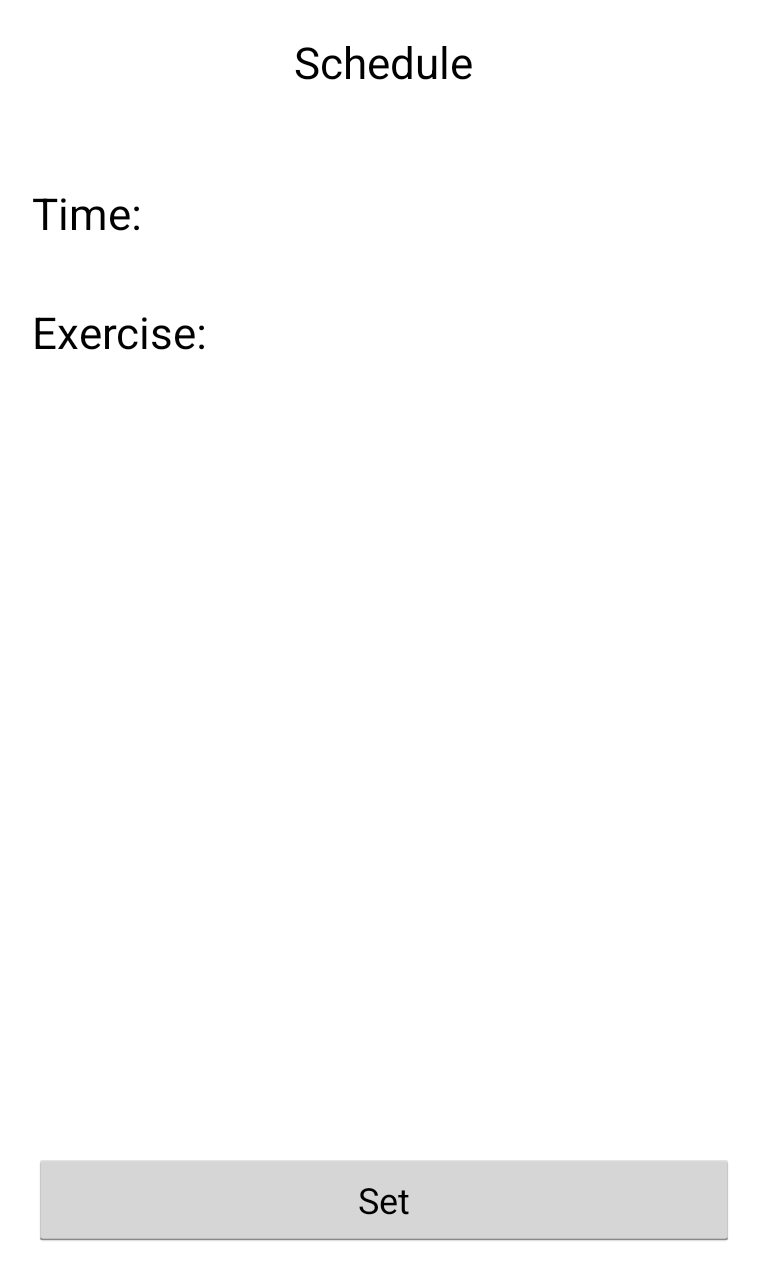
Repository: zi-yang-zhang/ECSE424-Group8
Layout: Hi Fi Prototype/ReHand/ReHand/res/layout/activity_schedule_page.xml
These files come from the project's save history. The layout is drawn as it stood at one moment and after the next save; the edit follows.
It is drawn on a 768 x 1280 px phone screen (xhdpi) without system bars, with theme AppTheme; the app's code is not run.

Above is the layout before, as saved 2014-02-20 04:55:05.

After the next save:
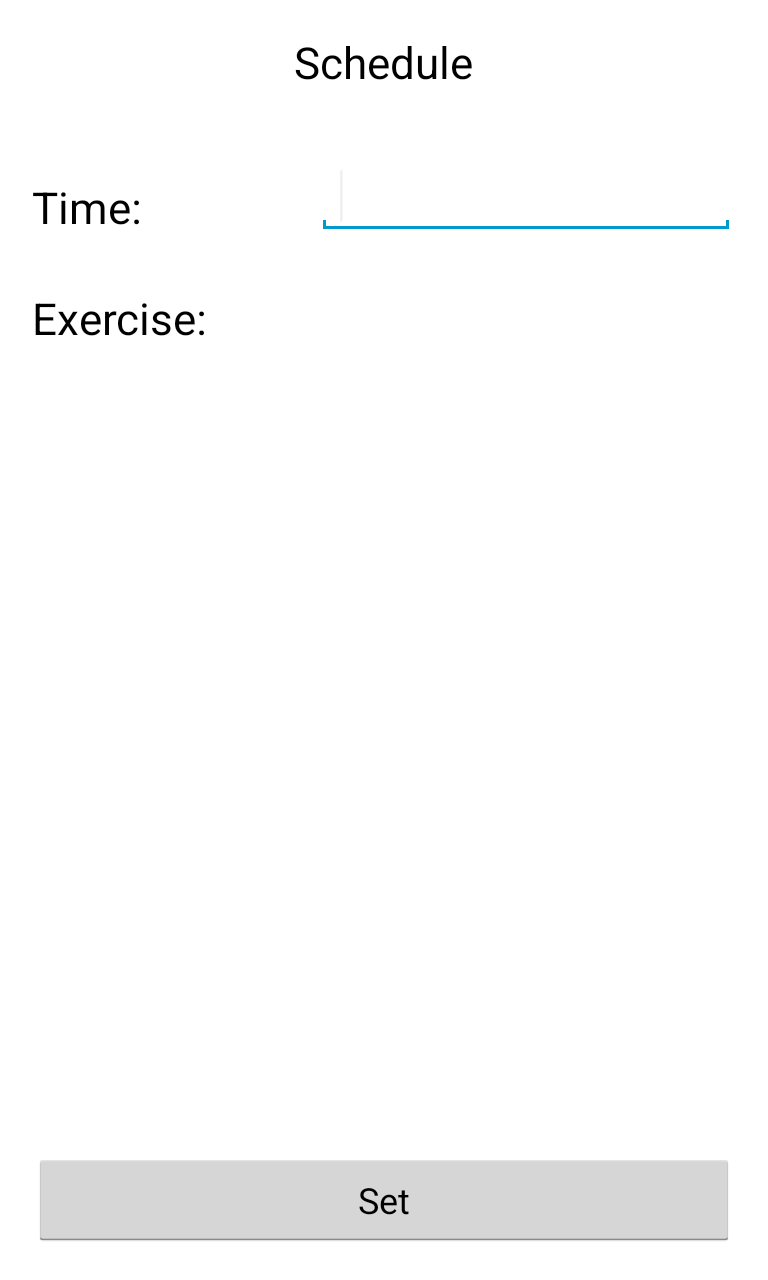
Saved 3 min 5 s later.
--- a/Hi Fi Prototype/ReHand/ReHand/res/layout/activity_schedule_page.xml
+++ b/Hi Fi Prototype/ReHand/ReHand/res/layout/activity_schedule_page.xml
@@ -32,7 +32,7 @@
         android:layout_height="wrap_content"
         android:layout_alignLeft="@+id/textView2"
         android:layout_below="@+id/textView3"
-        android:layout_marginTop="46dp"
+        android:layout_marginTop="43dp"
         android:text="@string/schedule_time"
         android:textAppearance="?android:attr/textAppearanceLarge" />
 
@@ -42,8 +42,20 @@
         android:layout_height="wrap_content"
         android:layout_alignParentLeft="true"
         android:layout_below="@+id/textView1"
-        android:layout_marginTop="30dp"
+        android:layout_marginTop="26dp"
         android:text="@string/schedule_exercise"
         android:textAppearance="?android:attr/textAppearanceLarge" />
 
+    <EditText
+        android:id="@+id/editText1"
+        android:layout_width="wrap_content"
+        android:layout_height="wrap_content"
+        android:layout_above="@+id/textView2"
+        android:layout_alignRight="@+id/button1"
+        android:ems="10"
+        android:inputType="time" >
+
+        <requestFocus />
+    </EditText>
+
 </RelativeLayout>
